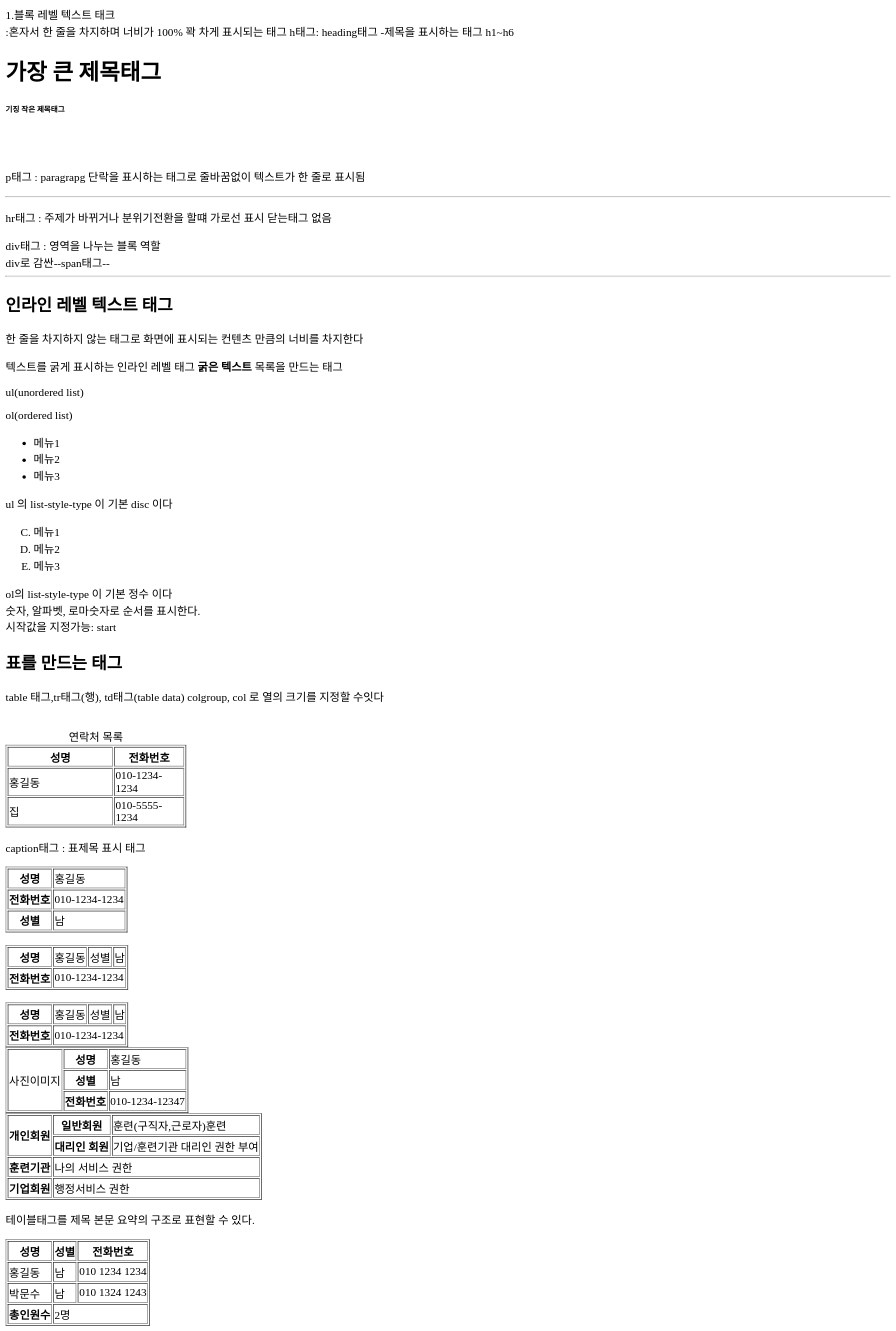
Repository: hana825/Web
Page: web/WebContent/index.html
These files come from the project's save history. The page is drawn as it stood at one moment and after the next save; the edit follows.
The browser window is 1280 px wide. The pictures show the whole page, at 70% of full size.

Above is the page before, as saved 2022-03-17 07:21:06.

### web/WebContent/index.html
<!DOCTYPE html>
<html>
<head>
<meta charset="UTF-8">
<title>Insert title here</title>
</head>
<body>
1.블록 레벨 텍스트 태크<br>
:혼자서 한 줄을 차지하며 너비가 100% 꽉 차게 표시되는 태그

h태그: heading태그 -제목을 표시하는 태그 h1~h6
<h1>가장 큰 제목태그</h1>
<h6>기징 작은 제목태그</h6>
<br><br>
<p>
p태그 : paragrapg 단락을 표시하는 태그로
줄바꿈없이 텍스트가 한 줄로 표시됨
</p>
<hr>

<p>
hr태그 : 주제가 바뀌거나 분위기전환을 할떄 가로선 표시
닫는태그 없음
</p>
<div>
div태그 : 영역을 나누는 블록 역할
</div>

<div> div로 감싼<span>--span태그--</span>
</div>


<hr>

<h2>인라인 레벨 텍스트 태그</h2>
<p> 한 줄을 차지하지 않는 태그로 화면에 표시되는 컨텐츠 만큼의 너비를 차지한다
</p>
<!-- 실행에서 제외하고자 하는 코드는 주석처리 -->
텍스트를 굵게 표시하는 인라인 레벨 태그
<strong>굵은 텍스트
</strong>
목록을 만드는 태그
<p>ul(unordered list)</p>
<p>ol(ordered list)</p>
<ul>
	<li>메뉴1</li>
	<li>메뉴2</li>
	<li>메뉴3</li>
</ul>
<p>ul 의 list-style-type 이 기본 disc 이다</p>
<ol start='3' type="A">
	<li>메뉴1</li>
	<li>메뉴2</li>
	<li>메뉴3</li>
</ol>
<p>ol의 list-style-type 이 기본 정수 이다<br>
   숫자, 알파벳, 로마숫자로 순서를 표시한다.<br>
   시작값을 지정가능: start<br>
</p>

<h2>표를 만드는 태그</h2>
<p>table 태그,tr태그(행), td태그(table data)
colgroup, col 로 열의 크기를 지정할 수잇다
</p><br>

<table border='1'>
	<colgroup>
		<col style='width:150px'>
		<col style='width:100px; background-color:yello'>
	</colgroup>
	<caption>연락처 목록</caption>
	<tr><th>성명</th><th>전화번호</th></tr>
	<tr><td>홍길동</td><td>010-1234-1234</td></tr>
	<tr><td>집</td><td>010-5555-1234</td></tr>
</table>

<p> caption태그 : 표제목 표시 태그
</p>

<table  border='1'>
	<tr><th>성명</th>
		<td>홍길동</td>
	</tr>
		<tr><th>전화번호</th>
		<td>010-1234-1234</td>
	</tr>
		<tr><th>성별</th>
		<td>남</td>
	</tr>
</table>
<br>
<table  border='1'>
	<tr><th>성명</th>
		<td>홍길동</td>
		<td>성별</td>
		<td>남</td>
	</tr>
		<tr><th>전화번호</th>
		<td colspan='3'>010-1234-1234</td>

</table>
<br>

<table  border='1'>
	<tr><th>성명</th>
		<td>홍길동</td>
		<td>성별</td>
		<td>남</td>
	</tr>
		<tr><th>전화번호</th>
		<td colspan='3'>010-1234-1234</td>

</table>

<table  border='1'>
	<tr><td rowspan ='3'>사진이미지</td>
		<th>성명</th>
		<td>홍길동</td>
	</tr>
	<tr>
		<th>성별</th>
		<td>남</td>
	</tr>
		<tr>
		<th>전화번호</th>
		<td>010-1234-12347</td>
	</tr>

</table>

<table  border='1'>
	<tr><th rowspan ='2'>개인회원</th>
		<th>일반회원</th>
		<td>훈련(구직자,근로자)훈련</td>
	</tr>
	<tr>
		<th>대리인 회원</th>
		<td>기업/훈련기관 대리인 권한 부여</td>
	</tr>
		<th>훈련기관</th>
		<td colspan='2'>나의 서비스 권한</td>
	</tr>

		<th>기업회원</th>
		<td colspan='2'>행정서비스 권한</td>
	</tr>


</table>
<p>
테이블태그를 제목 본문 요약의 구조로 표현할 수 있다.
</p>
<table border='1'>
	<thead>
		<tr>
			<th>성명</th>
			<th>성별</th>
			<th>전화번호</th>
		</tr>
	</thead>
	<tbody>
		<tr>
			<td>홍길동</td>
			<td>남</td>
			<td>010 1234 1234</td>
		</tr>
		<tr>
			<td>박문수</td>
			<td>남</td>
			<td>010 1324 1243</td>
		</tr>
	</tbody>
	<tfoot>
		<tr>
			<th>총인원수</th>
			<td colspan='2'>2명</td>
		</tr>
	</tfoot>
</table>













</body>
</html>

After the next save:
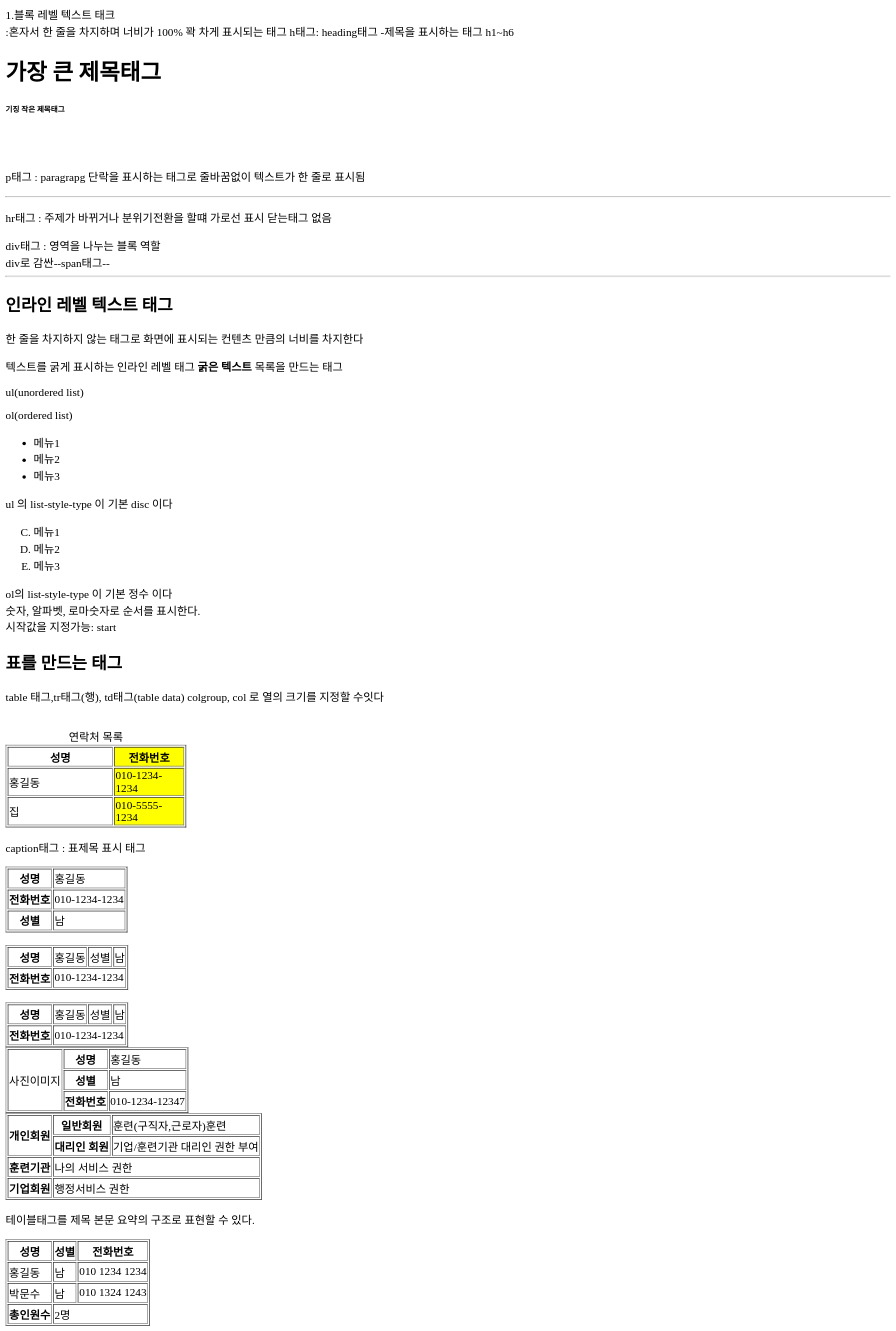
Saved 5 s later.
--- a/web/WebContent/index.html
+++ b/web/WebContent/index.html
@@ -66,7 +66,7 @@ colgroup, col 로 열의 크기를 지정할 수잇다
 <table border='1'>
 	<colgroup>
 		<col style='width:150px'>
-		<col style='width:100px; background-color:yello'>
+		<col style='width:100px; background-color:yellow'>
 	</colgroup>
 	<caption>연락처 목록</caption>
 	<tr><th>성명</th><th>전화번호</th></tr>
